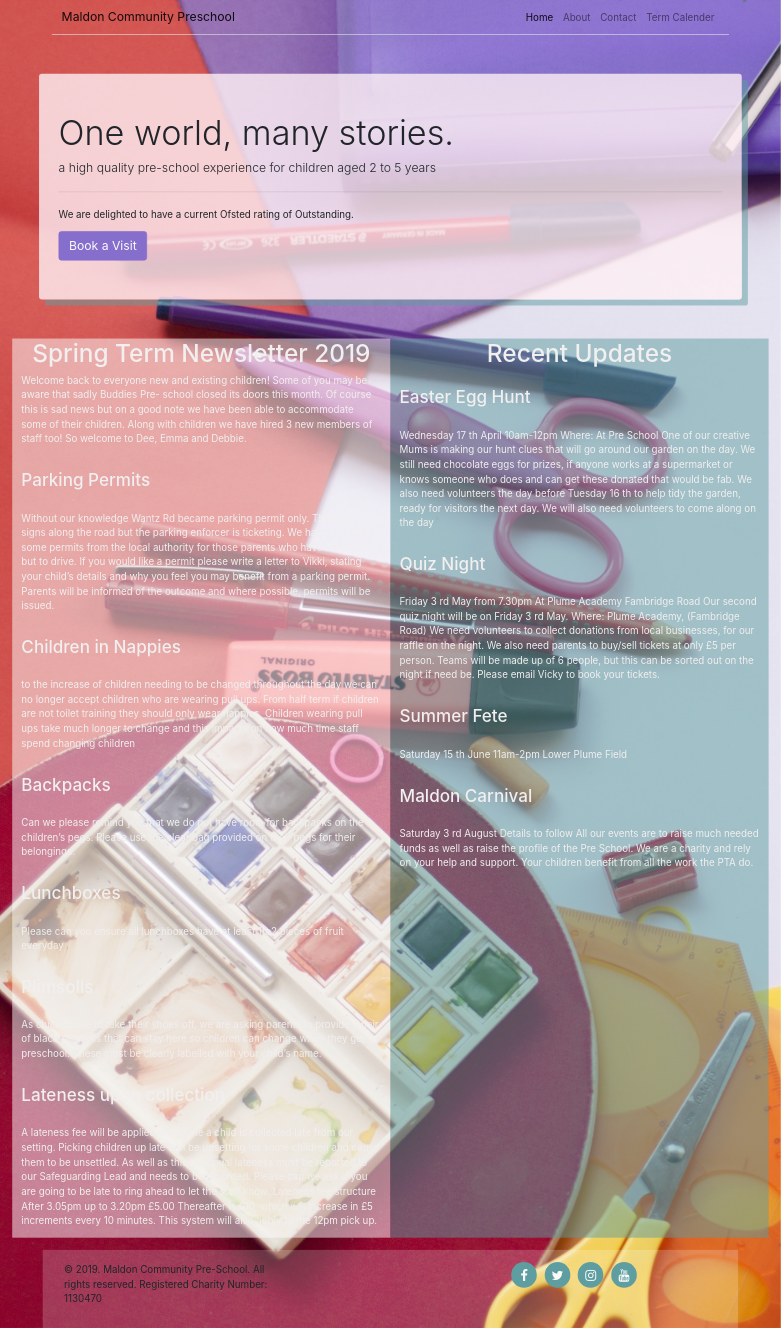
Repository: parkslee/milestone_1
Page: index.html
The author's editor kept a record of every edit. The page is drawn from the files as they stood at one moment, then again after the next edit.
The browser window is 1280 px wide. The pictures show the whole page, at 61% of full size.
Some web libraries are served in a nearby version.

Above is the page before.

### index.html
<!DOCTYPE html>
<html lang="en">

<head>
    <meta charset="UTF-8">
    <meta name="viewport" content="width=device-width, initial-scale=1.0">
    <meta http-equiv="X-UA-Compatible" content="ie=edge">
    <link rel="stylesheet" href="https://maxcdn.bootstrapcdn.com/bootstrap/4.2.1/css/bootstrap.min.css"
        type="text/css" />
    <link rel="stylesheet" href="https://maxcdn.bootstrapcdn.com/font-awesome/4.7.0/css/font-awesome.min.css"
        type="text/css" />
    <link rel="stylesheet" href="https://cdnjs.cloudflare.com/ajax/libs/hover.css/2.1.1/css/hover-min.css"
        type="text/css" />
    <link rel="stylesheet" href="assets\css\style.css">
    <title>Maldon Community Preschool</title>
</head>

<body class="bgimage">



    <!-------------------------------------------------------------------------------navigation-->
    <header>
        <div class="container">
            <nav class="navbar navbar-expand-lg navbar-light bg-light border-bottom">
                <a class="navbar-brand" href="./index.html">Maldon Community Preschool</a>
                <button class="navbar-toggler" type="button" data-toggle="collapse" data-target="#navbarNav"
                    aria-controls="navbarNav" aria-expanded="false" aria-label="Toggle navigation">
                    <span class="navbar-toggler-icon"></span>
                </button>
                <div class="collapse navbar-collapse" id="navbarNav">
                    <ul class="navbar-nav text-center ml-auto">
                        <li class="nav-item active">
                            <a class="nav-link" href="./index.html">Home <span class="sr-only">(current)</span></a>
                        </li>
                        <li class="nav-item">
                            <a class="nav-link" href="./about.html">About</a>
                        </li>
                        <li class="nav-item">
                            <a class="nav-link" href="./contact.html">Contact</a>
                        </li>
                        <li class="nav-item">
                            <a class="nav-link" href="./calender.html">Term Calender</a>
                        </li>



                        <!--------only displayed in mobile view to link to newsletter.html and updates.html--------->
                        <!-------------this is to reduce clutter on mobile views----d-lg-none--------->

                        <li class="nav-item">
                            <a class="nav-link d-lg-none" href="./newsletter.html">Newsletter</a>
                        </li>
                        <li class="nav-item">
                            <a class="nav-link d-lg-none" href="./updates.html">Recent Updates</a>
                        </li>
                    </ul>
                </div>
            </nav>
        </div>
    </header>


    <!-------jumbotron linked to contact page (this to be the only item displayed on mobile----->
    <main>

        <div class="jumbotron">
            <h3 class="display-4">One world, many stories.</h3>
            <p class="lead">a high quality pre-school experience for children aged 2 to 5 years</p>
            <hr class="my-4">
            <p>We are delighted to have a current Ofsted rating of Outstanding.
            </p>
            <a class="btn btn-primary btn-lg" href="./contact.html" role="button">Book a Visit</a>
        </div>

    </main>



    <!-----------This content is not displayed in mobile to give a clear view-------------------->
    <!----------credit : https://medium.com/wdstack/bootstrap-4-hidden-visible-dd969a4c5854 - display property bootstrap-------->
    <div class="d-none d-lg-block">
        <div class="row newsletter-update">
            <div class="col newsletter">
                <h1>Spring Term Newsletter
                    2019</h1>
                <p>Welcome back to everyone new and existing children! Some of you may be aware that sadly Buddies Pre-
                    school
                    closed its doors this month. Of course this is sad news but on a good note we have been able to
                    accommodate
                    some of their children. Along with children we have hired 3 new members of staff too! So welcome to
                    Dee,
                    Emma and Debbie.</p>
                <br>

                <h3>Parking Permits</h3>
                <br>
                <p> Without our knowledge Wantz Rd became parking permit only. There are no signs along the road but the
                    parking
                    enforcer is ticketing. We have secured some permits from the local authority for those parents who
                    have
                    no
                    choice but to drive. If you would like a permit please write a letter to Vikki, stating your child’s
                    details
                    and why you feel you may benefit from a parking permit. Parents will be informed of the outcome and
                    where
                    possible, permits will be issued.</p>
                <br>
                <h3>Children in Nappies</h3>
                <br>
                <p>to the increase of children needing to be changed throughout the day we can no longer accept children
                    who
                    are wearing pull ups. From half
                    term if children are not toilet training they should only wear nappies. Children wearing pull ups
                    take
                    much
                    longer to change and this impacts on how much time staff spend changing children
                </p><br>
                <h3> Backpacks</h3>
                <br>
                <p> Can we please remind you that we do not have room for backpacks on the children’s pegs. Please use
                    the
                    clear
                    bag provided on their pegs for their belongings.
                </p><br>
                <h3> Lunchboxes</h3>
                <br>
                <p> Please can you ensure all lunchboxes have at least 1to2 pieces of fruit everyday
                </p><br>
                <h3> Plimsolls</h3>
                <br>
                <p> As children like to take their shoes off, we are asking parents to provide a pair of black plimsolls
                    that
                    can stay here so children can change when they get to preschool. These must be clearly labelled with
                    your
                    child’s name.
                </p><br>
                <h3> Lateness upon collection</h3>
                <br>
                <p> A lateness fee will be applied each time a child is collected late from our
                    setting. Picking children up late can be upsetting for some children and cause them to be unsettled.
                    As
                    well
                    as this continual lateness must be reported to our Safeguarding Lead and needs to be recorded.
                    Please
                    can we
                    ask if you are going to be late to ring ahead to let the staff know.
                    Lateness fee structure After 3.05pm up to 3.20pm £5.00 Thereafter is £10, which will increase in £5
                    increments every 10 minutes. This system will also apply to the 12pm pick up.</p>
            </div>
            <div class="col updates-index">

                <h1> Recent Updates</h1>
                <br>
                <h3>Easter Egg Hunt</h3>
                <br>
                <p>Wednesday 17 th April 10am-12pm Where: At Pre School One of our creative Mums is making our hunt
                    clues
                    that
                    will go around our garden on the day. We still need chocolate eggs for prizes, if anyone works at a
                    supermarket or knows someone who does and can get these donated that would be fab. We also need
                    volunteers
                    the day before Tuesday 16 th to help tidy the garden, ready for visitors the next day. We will also
                    need
                    volunteers to come along on the day</p>
                <br>
                <h3> Quiz Night</h3>
                <br>
                <p> Friday 3 rd May from 7.30pm At Plume Academy Fambridge Road Our second quiz night will be on Friday
                    3 rd
                    May. Where: Plume Academy, (Fambridge Road) We need volunteers to collect donations from local
                    businesses,
                    for our raffle on the night. We also need parents to buy/sell tickets at only £5 per person. Teams
                    will
                    be
                    made up of 6 people, but this can be sorted out on the night if need be. Please email Vicky to book
                    your
                    tickets.</p>
                <br>
                <h3> Summer Fete</h3>
                <br>
                <p> Saturday 15 th June 11am-2pm Lower Plume Field
                </p><br>

                <h3> Maldon Carnival</h3>
                <br>

                <p>Saturday 3 rd August Details to follow
                    All our events are to raise much needed funds as well as raise the profile of the Pre School. We are
                    a
                    charity and rely on your help and support. Your children benefit from all the work the PTA do.
                </p>
            </div>
        </div>
    </div>



    <!---------------------------first footer only displayed on desktop view-------------------->
    <!------https://medium.com/wdstack/bootstrap-4-hidden-visible-dd969a4c5854 tutorial for display properties bootstrap---->
    <div class="container">
        <footer class="d-none d-md-block">



            <div id="footer-details" class="row">
                <div class="col-sm-4">
                    <p class="inline-block charity">
                        © 2019. Maldon Community Pre-School. All rights reserved.
                        Registered Charity Number: 1130470 </p>
                </div>

                <div class="col-sm-4 ml-auto">
                     <ul class="list-inline social-links">
                        <li class="list-inline-item">
                            <a target="_blank" href="https://facebook.com">
                                <i class="fa fa-facebook" aria-hidden="true"></i>
                                <span class="sr-only">Facebook</span>
                            </a>
                        </li>
                        <li class="list-inline-item">
                            <a target="_blank" href="https://twitter.com">
                                <i class="fa fa-twitter" aria-hidden="true"></i>
                                <span class="sr-only">Twitter</span>
                            </a>
                        </li>
                        <li class="list-inline-item">
                            <a target="_blank" href="https://instagram.com">
                                <i class="fa fa-instagram" aria-hidden="true"></i>
                                <span class="sr-only">Instagram</span>
                            </a>
                        </li>
                        <li class="list-inline-item">
                            <a target="_blank" href="https://youtube.com">
                                <i class="fa fa-youtube" aria-hidden="true"></i>
                                <span class="sr-only">YouTube</span>
                            </a>
                        </li>
                    </ul>
                </div>
            </div>
        </footer>
    </div>



    <!----second footer for mobile view (charity number hidden as to cluttered on mobile view)  -->
    <!------https://medium.com/wdstack/bootstrap-4-hidden-visible-dd969a4c5854 tutorial for display properties bootstrap---->
    <footer class="d-md-none">
        <div id="footer-mobile">
            <ul class="list-inline social-links">
                <li class="list-inline-item">
                    <a target="_blank" href="https://facebook.com">
                        <i class="fa fa-facebook" aria-hidden="true"></i>
                        <span class="sr-only">Facebook</span>
                    </a>
                </li>
                <li class="list-inline-item">
                    <a target="_blank" href="https://instagram.com">
                        <i class="fa fa-instagram" aria-hidden="true"></i>
                        <span class="sr-only">Instagram</span>
                    </a>
                </li>
                <li class="list-inline-item">
                    <a target="_blank" href="https://youtube.com">
                        <i class="fa fa-youtube" aria-hidden="true"></i>
                        <span class="sr-only">YouTube</span>
                    </a>
                </li>
            </ul>
        </div>
    </footer>


    <script src="https://code.jquery.com/jquery-3.3.1.slim.min.js"
        integrity="sha384-q8i/X+965DzO0rT7abK41JStQIAqVgRVzpbzo5smXKp4YfRvH+8abtTE1Pi6jizo"
        crossorigin="anonymous"></script>
    <script src="https://cdnjs.cloudflare.com/ajax/libs/popper.js/1.14.7/umd/popper.min.js"
        integrity="sha384-UO2eT0CpHqdSJQ6hJty5KVphtPhzWj9WO1clHTMGa3JDZwrnQq4sF86dIHNDz0W1"
        crossorigin="anonymous"></script>
    <script src="https://stackpath.bootstrapcdn.com/bootstrap/4.3.1/js/bootstrap.min.js"
        integrity="sha384-JjSmVgyd0p3pXB1rRibZUAYoIIy6OrQ6VrjIEaFf/nJGzIxFDsf4x0xIM+B07jRM"
        crossorigin="anonymous"></script>
</body>

</html>

### assets/css/style.css

/*---------------------------------------------------------index.html---------------*/

.bgimage {
    background-image: url(../images/home-bg.jpg);
    background-size: cover;
    height: 100%;
    background-repeat: no-repeat;
}

.bg-light {
    background-color: rgb(255, 255, 255, 0.0) !important;
}

.jumbotron {
    margin: 5% 5%;
    box-shadow: 10px 10px rgb(95, 158, 160, 0.5);
    background-color: rgb(255, 240, 245, 0.8);
}

.newsletter-update {
    margin: 20px;
}

.btn-primary {
    color: #fafafa;
    background-color: #866ecd;
    border-color: #866ccd;
}

.newsletter {
    background-color:rgb(255, 255, 255, 0.5);
    position: relative;
    color: #f1efef;

}
.newsletter h1{
    text-align: center;
}

.updates-index {
    background-color: rgb(95, 158, 160,0.5);
    color:#f1efef;
}

.updates-index h1{
    text-align: center;
}


/*-------------------------------------------------------footer------------*/

.social-links {
    padding-bottom: 0px;
}

.social-links li a i {
    width: 42px;
    height: 42px;
    padding: 12px 0;
    border-radius: 50%;
    font-size: 21px;
    line-height: 19px;
    text-align: center;
    color: #fafafa;
    background: cadetblue;
    transition: all 0.35s ease-in-out;
    -moz-transition: all 0.35s ease-in-out;
    -webkit-transition: all 0.35s ease-in-out;
    -o-transition: all 0.35s ease-in-out;
}

.social-links li a i:hover {
    background: #e84610;
}

#footer-details {
    padding: 20px;
    background-color: rgb(255, 255, 255, 0.2);
    position: relative;
    left: 0;
    bottom: 0;
}

#footer-mobile {
    padding: 20px;
    background-color: rgb(255, 255, 255, 0.0);
    width: 100%;
    text-align: center;
}

/*---------------------------------------------------------------contact page--------------------*/

.contact-image {
    background-image: url(../images/contact-bg.jpg);
    background-size: cover;
    height: 100%;
    background-repeat: no-repeat;
}

form{
    margin: 20px;
}

.form-control{
    background-color: rgb(255, 240, 245,0.8);
}

.contact-btn{
    background-color: cadetblue;
    border-color: cadetblue;
}

/*------------------------------------------------------------------------- About--------------*/
.about-image{
    background-image: url(../images/about-bg.jpg);
    background-size: cover;
    height: 100vh;
    background-repeat: no-repeat;
    background-position: 55%;

}

.about-content{
    text-align: center;

}

/*-------------------------------------------------------------------------calender---------------*/
.calender-image{
    background-color: #866ccd;
}

/*------------------------------------------time line--------------------*/
/*-------bootstrap time line - https://bootsnipp.com/snippets/OzQj-------*/

.timeline {
    list-style: none;
    padding: 20px 0 20px;
    position: relative;
}

    .timeline:before {
        top: 0;
        bottom: 0;
        position: absolute;
        content: " ";
        width: 3px;
        background-color: #eeeeee;
        left: 50%;
        margin-left: -1.5px;
    }

    .timeline > li {
        margin-bottom: 20px;
        position: relative;
    }

        .timeline > li:before,
        .timeline > li:after {
            content: " ";
            display: table;
        }

        .timeline > li:after {
            clear: both;
        }

        .timeline > li:before,
        .timeline > li:after {
            content: " ";
            display: table;
        }

        .timeline > li:after {
            clear: both;
        }

        .timeline > li > .timeline-panel {
            width: 46%;
            float: left;
            border: 1px solid #d4d4d4;
            border-radius: 2px;
            padding: 20px;
            position: relative;
            -webkit-box-shadow: 0 1px 6px rgba(0, 0, 0, 0.175);
            box-shadow: 0 1px 6px rgba(0, 0, 0, 0.175);
        }

            .timeline > li > .timeline-panel:before {
                position: absolute;
                top: 26px;
                right: -15px;
                display: inline-block;
                border-top: 15px solid transparent;
                border-left: 15px solid #ccc;
                border-right: 0 solid #ccc;
                border-bottom: 15px solid transparent;
                content: " ";
            }

            .timeline > li > .timeline-panel:after {
                position: absolute;
                top: 27px;
                right: -14px;
                display: inline-block;
                border-top: 14px solid transparent;
                border-left: 14px solid #fff;
                border-right: 0 solid #fff;
                border-bottom: 14px solid transparent;
                content: " ";
            }

        .timeline > li > .timeline-badge {
            color: #fff;
            width: 50px;
            height: 50px;
            line-height: 50px;
            font-size: 1.4em;
            text-align: center;
            position: absolute;
            top: 16px;
            left: 50%;
            margin-left: -25px;
            background-color: #999999;
            z-index: 100;
            border-top-right-radius: 50%;
            border-top-left-radius: 50%;
            border-bottom-right-radius: 50%;
            border-bottom-left-radius: 50%;
        }

        .timeline > li.timeline-inverted > .timeline-panel {
            float: right;
        }

            .timeline > li.timeline-inverted > .timeline-panel:before {
                border-left-width: 0;
                border-right-width: 15px;
                left: -15px;
                right: auto;
            }

            .timeline > li.timeline-inverted > .timeline-panel:after {
                border-left-width: 0;
                border-right-width: 14px;
                left: -14px;
                right: auto;
            }

.timeline-badge.primary {
    background-color: #2e6da4 !important;
}

.timeline-badge.success {
    background-color: #3f903f !important;
}

.timeline-badge.warning {
    background-color: #f0ad4e !important;
}

.timeline-badge.danger {
    background-color: #d9534f !important;
}

.timeline-badge.info {
    background-color: #5bc0de !important;
}

.timeline-title {
    margin-top: 0;
    color: inherit;
}

.timeline-body > p,
.timeline-body > ul {
    margin-bottom: 0;
}

    .timeline-body > p + p {
        margin-top: 5px;
    }

@media (max-width: 767px) {
    ul.timeline:before {
        left: 40px;
    }

    ul.timeline > li > .timeline-panel {
        width: calc(100% - 90px);
        width: -moz-calc(100% - 90px);
        width: -webkit-calc(100% - 90px);
    }

    ul.timeline > li > .timeline-badge {
        left: 15px;
        margin-left: 0;
        top: 16px;
    }

    ul.timeline > li > .timeline-panel {
        float: right;
    }

        ul.timeline > li > .timeline-panel:before {
            border-left-width: 0;
            border-right-width: 15px;
            left: -15px;
            right: auto;
        }

        ul.timeline > li > .timeline-panel:after {
            border-left-width: 0;
            border-right-width: 14px;
            left: -14px;
            right: auto;
        }
}

/*----------------------------------------------------------------newsletter.html-------------*/
.newsletter-image{
    background-image: url(../images/newsletter-bg.jpg);
    background-size: cover;
    height: 100%;
    background-repeat: no-repeat;
    background-position: 75%;
}



.newsletter-content{
    color:#fafafa;
}

.newsletter-content h1{
    text-align: center;
}


/*------------------------------------------------------------------updates.html-----------*/
.updates-image{
    background-image: url(../images/crayon-bg.jpg);
    background-size: cover;
    height: 100%;
    background-repeat: no-repeat;
    background-position: 50%;
}

.updates{
    color: #fafafa;
    background-color: black;
}



/*------------------------------------------------------------------------- media----------*/

@media only screen and (min-width: 768px) {


    .footer-details {
        position: absolute;
    }

    /*---contact page----*/
    form{
        margin: 50px;
    }

    .contact-image {
        height: 100%;

    }

}

After the next edit:
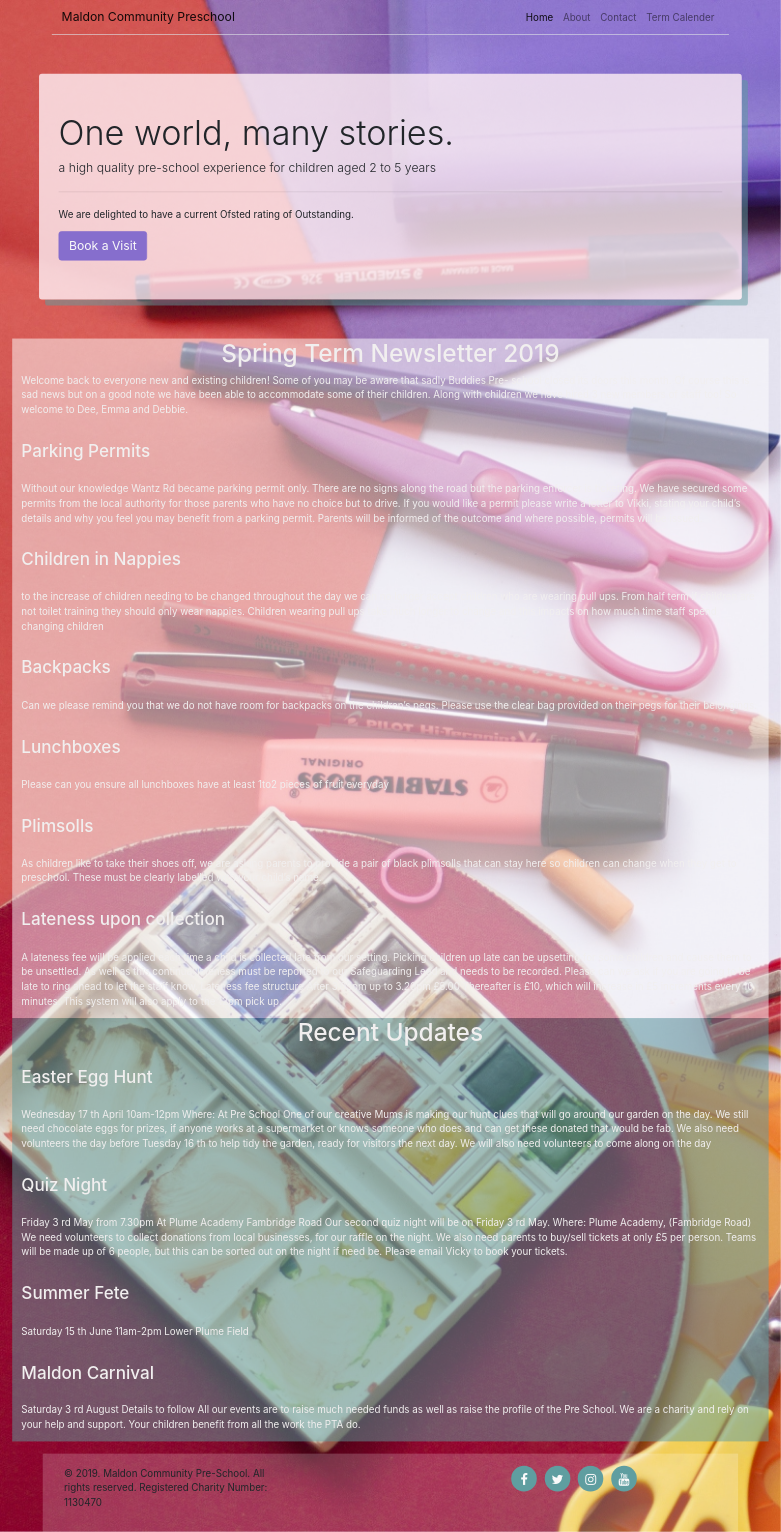
The edit:
--- a/index.html
+++ b/index.html
@@ -81,7 +81,7 @@
     <!----------credit : https://medium.com/wdstack/bootstrap-4-hidden-visible-dd969a4c5854 - display property bootstrap-------->
     <div class="d-none d-lg-block">
         <div class="row newsletter-update">
-            <div class="col newsletter">
+            <div class="col-12 newsletter">
                 <h1>Spring Term Newsletter
                     2019</h1>
                 <p>Welcome back to everyone new and existing children! Some of you may be aware that sadly Buddies Pre-
